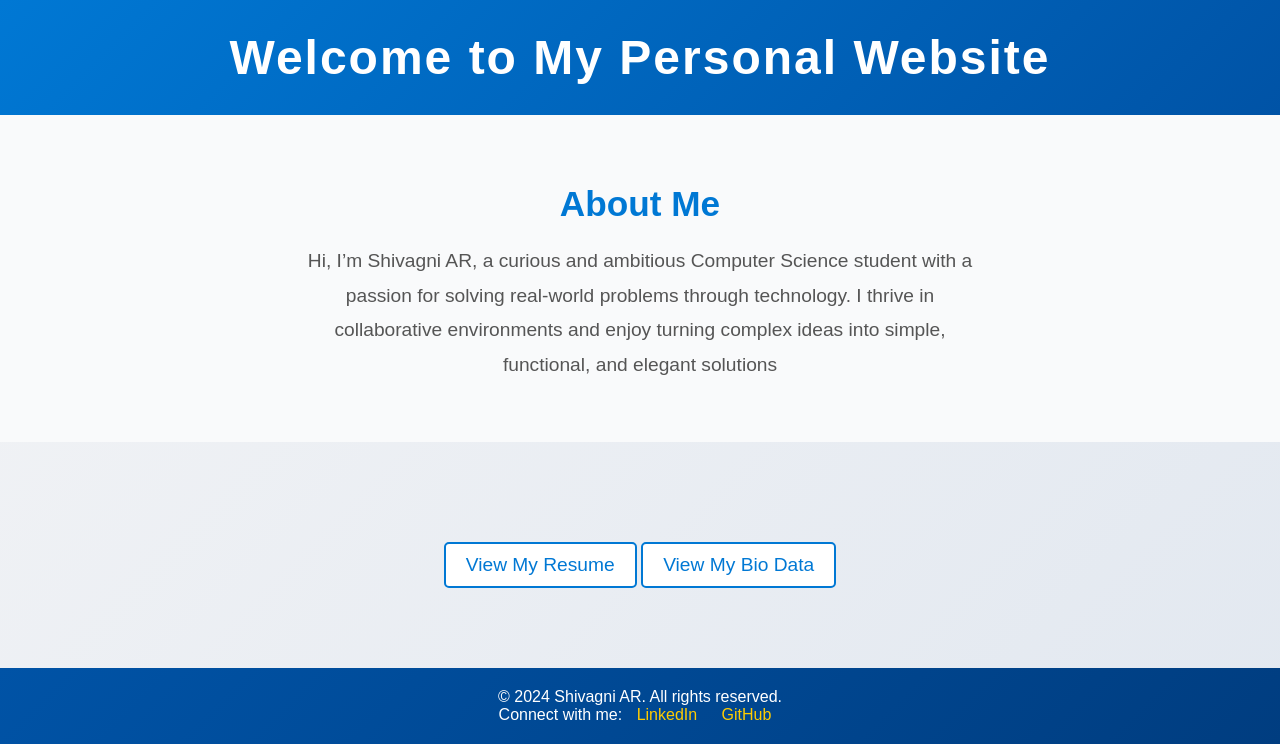
Repository: shivagni518/WEB-1
Page: index.html
These files come from the project's save history. The page is drawn as it stood at one moment and after a run of saves; the edit follows.
The browser window is 1280 px wide. The pictures show the whole page.

Above is the page before, as saved 2024-12-01 16:29:06.

### index.html
<!DOCTYPE html>
<html lang="en">
<head>
    <meta charset="UTF-8">
    <meta name="viewport" content="width=device-width, initial-scale=1.0">
    <title>Home - Personal Website</title>
    <style>
    /* General Styles */
    body {
        font-family: 'Poppins', sans-serif;
        margin: 0;
        padding: 0;
        background: linear-gradient(135deg, #f3f4f6, #e2e8f0);
        color: #333;
        overflow-x: hidden;
    }

    /* Header Styling */
    header {
        background: linear-gradient(135deg, #0078d4, #0053a6);
        color: white;
        text-align: center;
        padding: 30px 0;
        position: relative;
    }

    header h1 {
        font-size: 3em;
        margin: 0;
        font-weight: bold;
        letter-spacing: 2px;
    }

    nav {
        margin-top: 15px;
    }

    nav a {
        color: white;
        text-decoration: none;
        margin: 0 20px;
        font-size: 1.3em;
        padding: 8px 12px;
        border-radius: 5px;
        transition: background 0.3s, transform 0.3s;
    }

    nav a:hover {
        background: rgba(255, 255, 255, 0.2);
        transform: scale(1.1);
    }

    /* Hero Section Styling */
    .hero {
        text-align: center;
        padding: 80px 20px;
        /* background: url('https://via.placeholder.com/1920x1080') no-repeat center center/cover; */
        color: white;
        /* box-shadow: inset 0 0 2000px rgba(0, 0, 0, 0.3); */
    }

    .hero h2 {
        font-size: 2.5em;
        margin-bottom: 20px;
    }

    .hero p {
        font-size: 1.2em;
        line-height: 1.8;
        max-width: 700px;
        margin: 0 auto;
        padding: 10px;
        background: rgba(0, 0, 0, 0.5);
        border-radius: 10px;
    }

    /* Main Content */
    main {
        text-align: center;
        padding: 40px 20px;
        background-color: #f9fafb;
    }

    main h2 {
        font-size: 2.2em;
        color: #0078d4;
        margin-bottom: 20px;
    }

    main p {
        font-size: 1.2em;
        line-height: 1.8;
        max-width: 700px;
        margin: 20px auto;
        color: #555;
    }

    /* Footer Styling */
    footer {
        background: linear-gradient(135deg, #0053a6, #003d80);
        color: white;
        text-align: center;
        padding: 20px 0;
        position: relative;
    }

    footer p {
        margin: 0;
        font-size: 1em;
    }

    footer a {
        color: #ffcc00;
        text-decoration: none;
        margin: 0 10px;
        transition: color 0.3s;
    }

    footer a:hover {
        color: #ffffff;
    }

    /* Button Styles */
    .button {
        display: inline-block;
        padding: 10px 20px;
        font-size: 1.2em;
        color: #0078d4;
        background: white;
        border: 2px solid #0078d4;
        border-radius: 5px;
        text-decoration: none;
        margin-top: 20px;
        transition: background 0.3s, color 0.3s;
    }

    .button:hover {
        background: #0078d4;
        color: white;
    }
</style>
</head>
<body>
    <header>
        <h1>Welcome to My Personal Website</h1>
        <!-- <nav>
            <a href="index.html">Home</a>
            <a href="resume.html">Resume</a>
            <a href="biodata.html">Bio-data</a>
        </nav> -->
    </header>
    <main>
        <h2>About Me</h2>
        <p>
            Hi, I’m Shivagni AR, a curious and ambitious Computer Science student with a passion for solving real-world problems through technology. I thrive in collaborative environments and enjoy turning complex ideas into simple, functional, and elegant solutions
        </p>
    </main>

    <section class="hero">
        <!-- <h2>Hello, I'm Shivagni AR</h2>
        <p>
            I am passionate about Computer Science. Explore this website to learn more about my journey, skills, and achievements. Dive into my resume or bio-data to know me better!
        </p> -->
        <a href="resume.html" class="button">View My Resume</a>
        <a href="biodata.html" class="button">View My Bio Data</a>
    </section>

    <!-- <main>
        <h2>About Me</h2>
        <p>
            Welcome to my personal website! I am Shivagni AR, a SOFTWARE Engineering with a passion for New Ideas.
            I have expertise in logic thinking and a keen interest in coding.
        </p>
    </main> -->

    <footer>
        <p>&copy; 2024 Shivagni AR. All rights reserved.</p>
        <p>Connect with me:
             <a href="www.linkedin.com/in/shivagni-ar-656331263" target="_blank">LinkedIn</a>
            <a href="https://github.com/shivagni518">GitHub</a>
        </p>
    </footer>
</body>
</html>

After the next 2 saves:
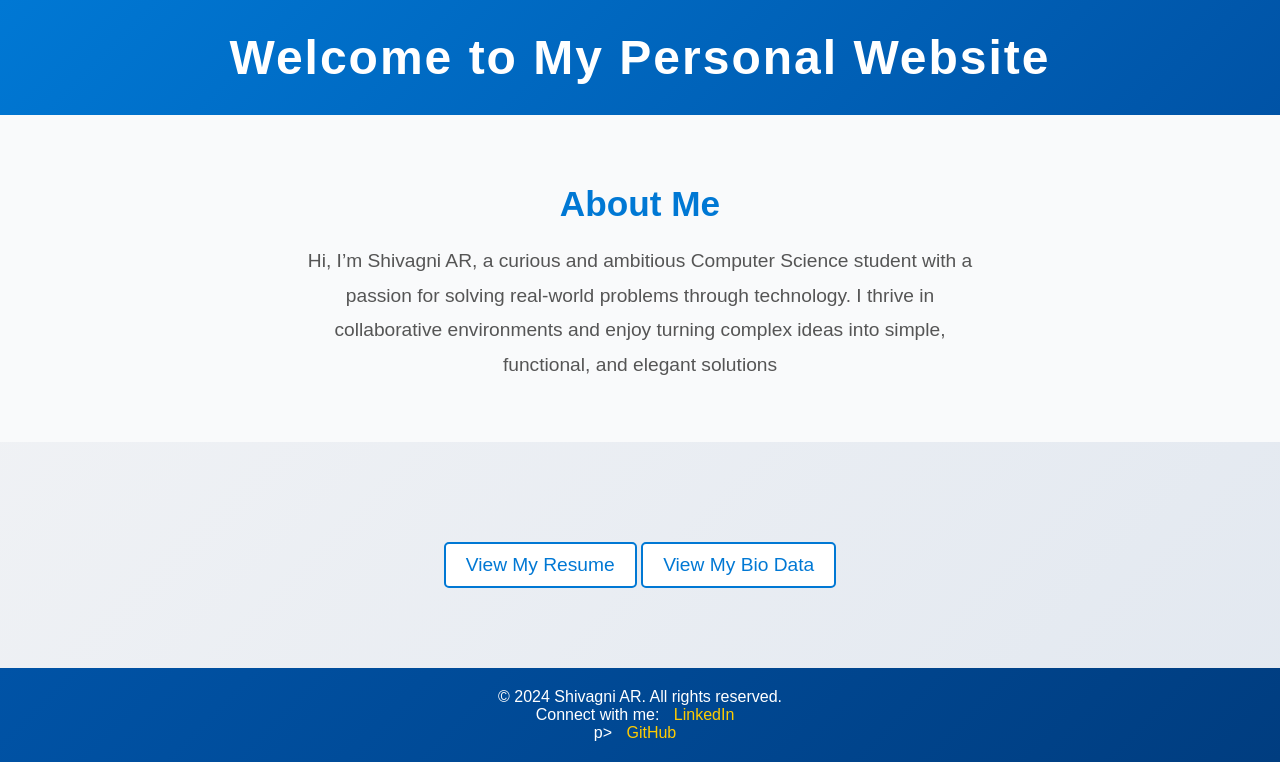
The 2 saves are shown as one change because they came seconds apart.
The last was saved 27 s later.
--- a/index.html
+++ b/index.html
@@ -176,7 +176,7 @@
     <footer>
         <p>&copy; 2024 Shivagni AR. All rights reserved.</p>
         <p>Connect with me:
-             <a href="www.linkedin.com/in/shivagni-ar-656331263" target="_blank">LinkedIn</a>
+             <a href="www.linkedin.com/in/shivagni-ar-656331263" target="_blank">LinkedIn</a></p>p>
             <a href="https://github.com/shivagni518">GitHub</a>
         </p>
     </footer>
